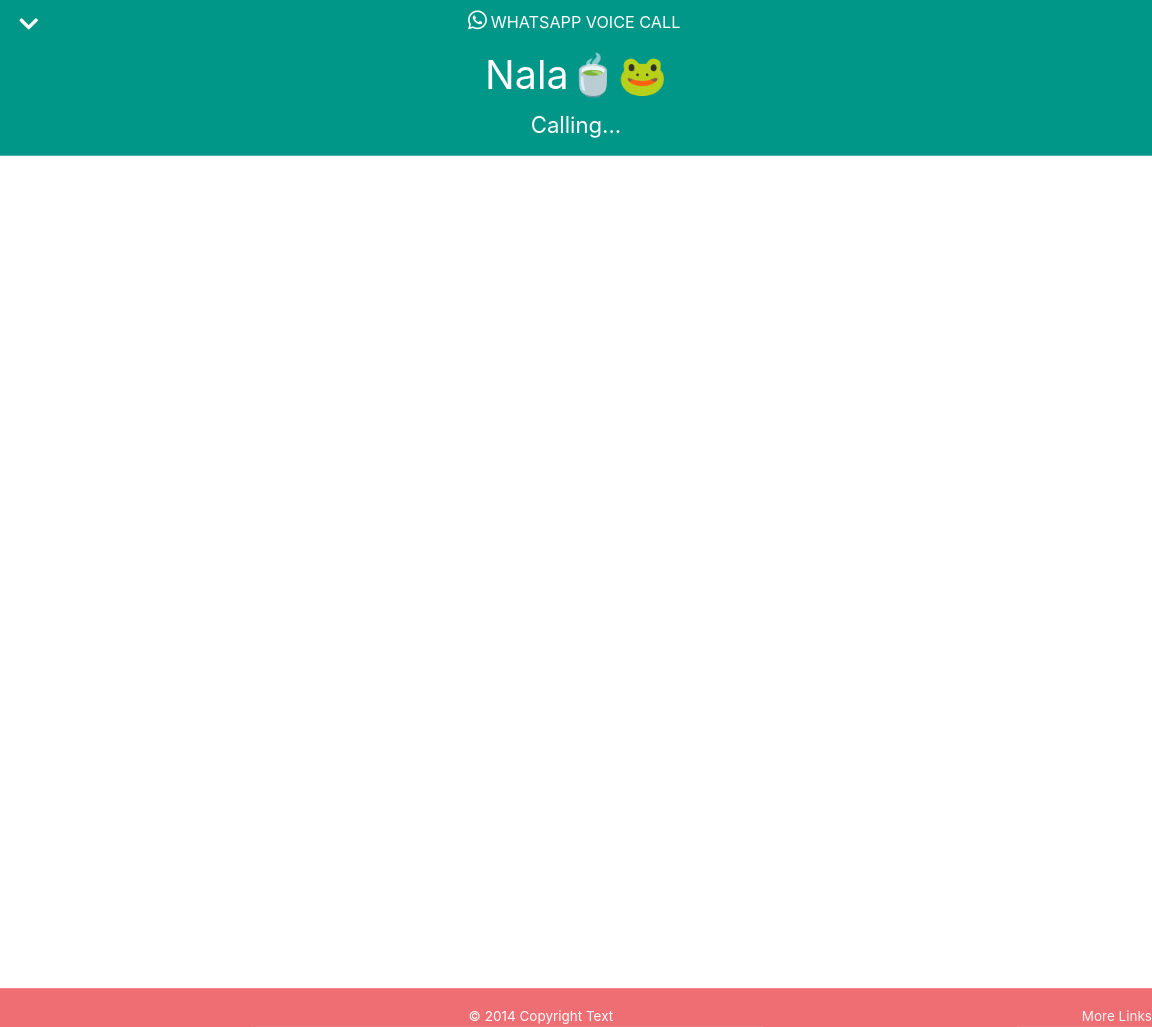
Repository: Ajtheult/Whatsapp_recreation
Page: /voice-call
The author's editor kept a copy of each file at every save. The page is drawn from the files as they stood at one save, then again after the next save.
The browser window is 1280 px wide. The pictures show the whole page, at 90% of full size.
The project was rebuilt for these pictures with package versions that can differ from the ones it lists, and the page was loaded fresh each time. Also part of the build but not shown: src/components/layout/navbar/Navbar.js, src/components/layout/pages/ChatMenu.js, src/components/layout/pages/StatusMenu.js, src/components/layout/pages/CallMenu.js, src/components/layout/navbar/ContactNav.js, src/components/layout/pages/ContactMenu.js, src/components/layout/pages/preapp/LandingPage.js.

Above is the page before, as saved 2020-08-03 23:11:32.

### public/index.html
<!DOCTYPE html>
<html lang="en">
  <head>
    <meta charset="utf-8" />
    <link rel="icon" href="%PUBLIC_URL%/favicon.ico" />
    <meta name="viewport" content="width=device-width, initial-scale=1" />
    <meta name="theme-color" content="#000000" />
    <meta
      name="description"
      content="Web site created using create-react-app"
    />
    <link
      rel="stylesheet"
      href="https://use.fontawesome.com/releases/v5.7.2/css/all.css"
      integrity="sha384-fnmOCqbTlWIlj8LyTjo7mOUStjsKC4pOpQbqyi7RrhN7udi9RwhKkMHpvLbHG9Sr"
      crossorigin="anonymous"
    />
    <link
      href="https://fonts.googleapis.com/icon?family=Material+Icons"
      rel="stylesheet"
    />
    <script src="https://cdnjs.cloudflare.com/ajax/libs/materialize/1.0.0/js/materialize.min.js"></script>

    <link rel="manifest" href="%PUBLIC_URL%/manifest.json" />

    <title>Whatsapp App</title>
  </head>
  <body>
    <noscript>You need to enable JavaScript to run this app.</noscript>
    <div id="root"></div>
  </body>
</html>

### src/index.js
import React from "react";
import ReactDOM from "react-dom";
import "materialize-css/dist/css/materialize.min.css";
import App from "./App";

ReactDOM.render(
  <React.StrictMode>
    <App />
  </React.StrictMode>,
  document.getElementById("root")
);

### src/App.js
import React from "react";
import ChatMenu from "./components/layout/pages/ChatMenu";
import StatusMenu from "./components/layout/pages/StatusMenu";
import CallMenu from "./components/layout/pages/CallMenu";
import ContactMenu from "./components/layout/pages/ContactMenu";
import LandingPage from "./components/layout/pages/preapp/LandingPage";
import VoiceCall from "./components/layout/pages/callpages/VoiceCall";
import { BrowserRouter as Router, Switch, Route } from "react-router-dom";
import "./App.css";

function App() {
  return (
    <Router>
      <div className="App">
        <Switch>
          <Route exact path="/" component={LandingPage} />
          <Route path="/chat" component={ChatMenu} />
          <Route path="/contact" component={ContactMenu} />
          <Route path="/status" component={StatusMenu} />
          <Route path="/calls" component={CallMenu} />
          <Route path="/voice-call" component={VoiceCall} />
        </Switch>
      </div>
    </Router>
  );
}

export default App;

### src/components/layout/pages/callpages/VoiceCall.js
import React, { Component } from "react";
import PhoneCallNav from "../../navbar/PhoneCallNav";

export class VoiceCall extends Component {
  render() {
    return (
      <div>
        <PhoneCallNav />

        <footer class="page-footer voicecall_footer">
          <div class="container_of_footer">
            © 2014 Copyright Text
            <a class="grey-text text-lighten-4 right" href="#!">
              More Links
            </a>
          </div>
        </footer>
      </div>
    );
  }
}

export default VoiceCall;

### src/App.css
.App {
  text-align: center;
}

.move_logo_of_whatsapp {
  margin-left: 20px;
  pointer-events: none;
  margin-top: 10px;
  font-size: 40px;
}

.move_camera_icon {
  margin-top: 9px;
  margin-left: 10px;
}

.move_top_nav_icons_down {
  margin-top: 20px;
  pointer-events: none;
}

.width_of_dropdown {
  width: 300px;
}

.disabled_btn_bottom {
  pointer-events: none;
}

.move_message_icon_in_chat_menu {
  margin-left: -30px;
  margin-top: 50px;
  /* I will have to adjust the top after inserting the grid on top */
}

.move_message_icon_in_status_menu_small {
  margin-right: 30px;
  margin-top: -55px;
  color: blue;
  pointer-events: none;
  opacity: 0.5;
  /* I will have to adjust the top after inserting the grid on top */
}
.move_message_icon_in_status_menu_big {
  margin-top: -15px;
  margin-right: 15px;
  pointer-events: none;
  opacity: 0.5;
  /* I will have to adjust the top after inserting the grid on top */
}

.move_contact_icon_abit_up {
  margin-right: 15px;
  margin-top: -55px;
}

.make_archive_bold {
  font-weight: bold;
  pointer-events: none;
}

.profile_pictures {
  width: 60px;
  height: 60px;
  border-radius: 50%;
  margin-top: 5px;
}

.decrease_height {
  margin-top: -20px;
  width: 75.5%;
  margin-left: 80px;
}

.increase_height_status {
  margin-top: 1.5px;
  height: 20px;
  width: 100%;
}

.my_profile_picture_status {
  width: 60px;
  height: 60px;
  border-radius: 50%;
  padding: 1px;
  border: 4px solid rgb(68, 214, 68);
  margin-top: 5px;
}

.profile_picture_status {
  width: 60px;
  height: 60px;
  border-radius: 50%;
  padding: 1px;
  border: 4px dashed rgb(68, 214, 68);
  margin-top: 5px;
}

.viewed_status {
  width: 60px;
  height: 60px;
  border-radius: 50%;
  padding: 1px;
  border: 4px solid grey;
  margin-top: 5px;
}

.move_recent_updates {
  text-align: left;
  margin-top: -1px;
  margin-left: 10px;
}
.chat_menu_text {
  text-align: left;
}

.contact_menu_messages {
  font-size: 14px;
  margin-top: 0px;
  color: gray;
}

.contact_name_cm {
  font-weight: bold;
  font-size: 14px;
}

.cm_time {
  margin-top: 13px;
  font-weight: bold;
  font-size: 10px;
  color: gray;
}

img.bg {
  /* Set rules to fill background */
  min-height: 100%;
  min-width: 1024px;

  /* Set up proportionate scaling */
  width: 100%;
  height: auto;

  /* Set up positioning */
  position: fixed;
  top: 0;
  left: 0;
  z-index: -1;
}

div.admin-bg {
  /* Set rules to fill background */
  min-height: 100%;
  min-width: 1024px;

  /* Set up proportionate scaling */
  width: 100%;
  height: auto;

  /* Set up positioning */
  position: fixed;
  top: 0;
  left: 0;
  z-index: -1;
  background-color: black;
}

@media screen and (max-width: 1024px) {
  /* Specific to this particular image */
  img.bg {
    left: 50%;
    margin-left: -512px; /* 50% */
  }

  div.admin-bg {
    left: 50%;
    margin-left: -512px; /* 50% */
  }
}

.move_this_modal {
  margin-right: 30px;
  margin-top: 400px;
}

.move_ellipsis {
  color: teal;
  margin-top: 20px;
  margin-left: 20px;
  font-size: 25px;
}

.move_contact_icon_abit_up_call {
  margin-right: 15px;
  margin-top: 115px;
  opacity: 0.5;
  pointer-events: none;
}

.icons_call_menu {
  color: teal;
  margin-top: 25px;
  margin-left: 20px;
  font-size: 15px;
}

a {
  color: teal;
  -webkit-tap-highlight-color: white;
}

.bottom_icons {
  pointer-events: none;
}

nav {
  line-height: 30px;
}

.contact_number {
  text-align: left;
  margin-top: 10px;
  line-height: 10px;
}

.move_arrow {
  margin-top: 18px;
  font-size: 25px;
  color: white;
}

.color_of_contactnav {
  color: white;
}

.contact_number {
  font-size: 20px;
  margin-top: 15px;
}

.contact_number_bottom {
  font-size: 14px;
}

.move_icons {
  margin-top: 20px;
  font-size: 22px;
}

.row {
  margin-bottom: -0px;
}

.move_group_contact {
  margin-top: 10px;
  margin-bottom: 5px;
}

.contact_menu_icons {
  margin-bottom: 5px;
  pointer-events: none;
  opacity: 0.6;
}

.whatsapp_voice_call_title {
  font-size: 18px;
  margin-right: 50px;
}

.move_name_whatsapp {
  margin-top: 10px;
}

.move_name_callnav {
  margin-top: -40px;
  margin-bottom: 10px;
}

.btn_to_exit_voice_call {
  margin-left: 10px;
  margin-top: 5px;
}

.voicecall_footer {
  margin-top: 80.8%;
}

### src/components/layout/navbar/PhoneCallNav.js
/* eslint-disable jsx-a11y/accessible-emoji */
import React, { Component } from "react";

export class PhoneCallNav extends Component {
  render() {
    return (
      <div>
        <nav>
          <div class="row teal">
            <div class="col s12 move_name_whatsapp">
              <i class="fas fa-chevron-down left btn_to_exit_voice_call"></i>
              <i class="fab fa-whatsapp" />{" "}
              <span className="whatsapp_voice_call_title">
                {" "}
                WHATSAPP VOICE CALL
              </span>
            </div>
            <div class="col s12 move_name_callnav">
              <h3>Nala🍵🐸</h3>
              <h5>Calling...</h5>
            </div>
          </div>
        </nav>
      </div>
    );
  }
}

export default PhoneCallNav;

After the next save:
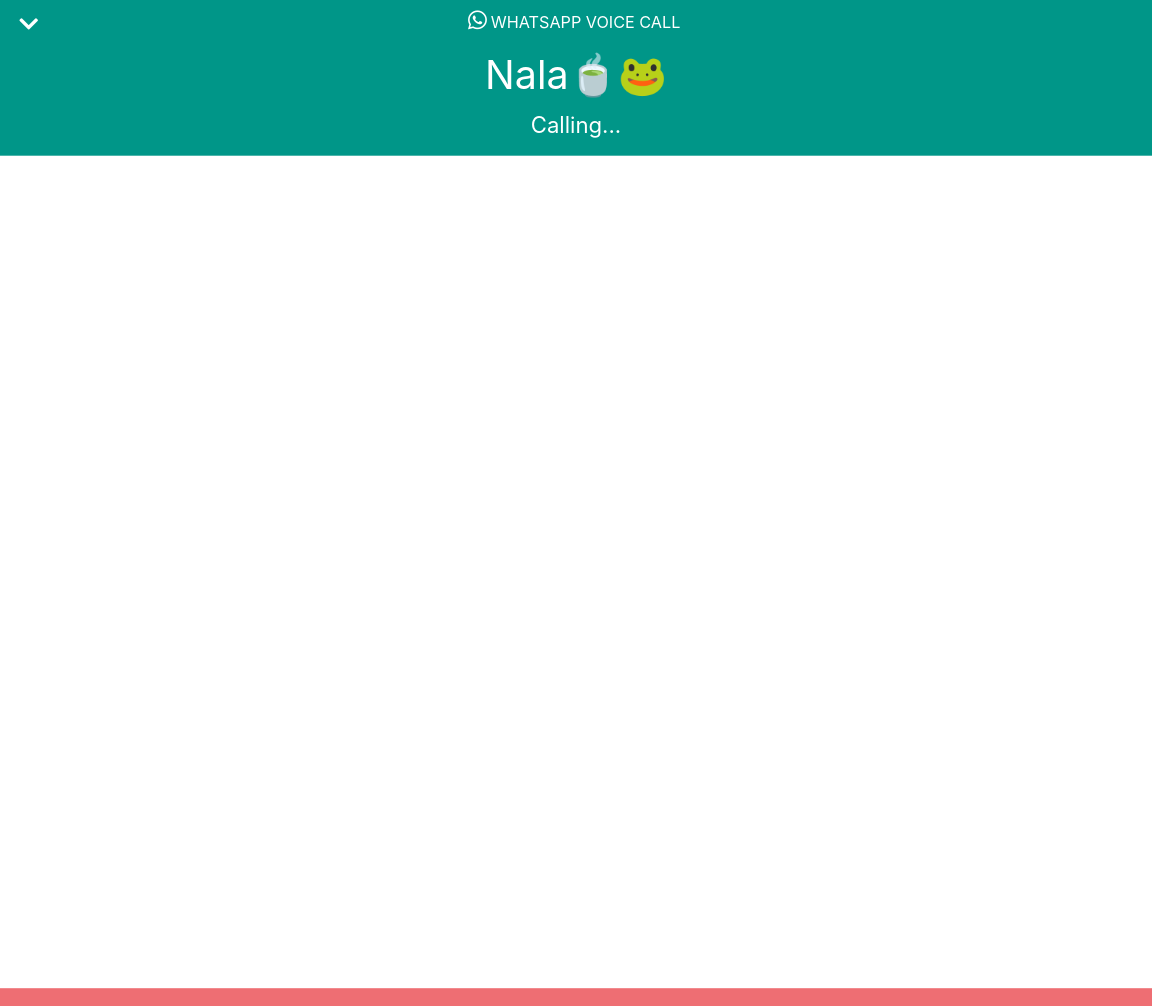
Saved 11 s later.
--- a/src/components/layout/pages/callpages/VoiceCall.js
+++ b/src/components/layout/pages/callpages/VoiceCall.js
@@ -7,14 +7,7 @@
       <div>
         <PhoneCallNav />
 
-        <footer class="page-footer voicecall_footer">
-          <div class="container_of_footer">
-            © 2014 Copyright Text
-            <a class="grey-text text-lighten-4 right" href="#!">
-              More Links
-            </a>
-          </div>
-        </footer>
+        <footer class="page-footer voicecall_footer"></footer>
       </div>
     );
   }
